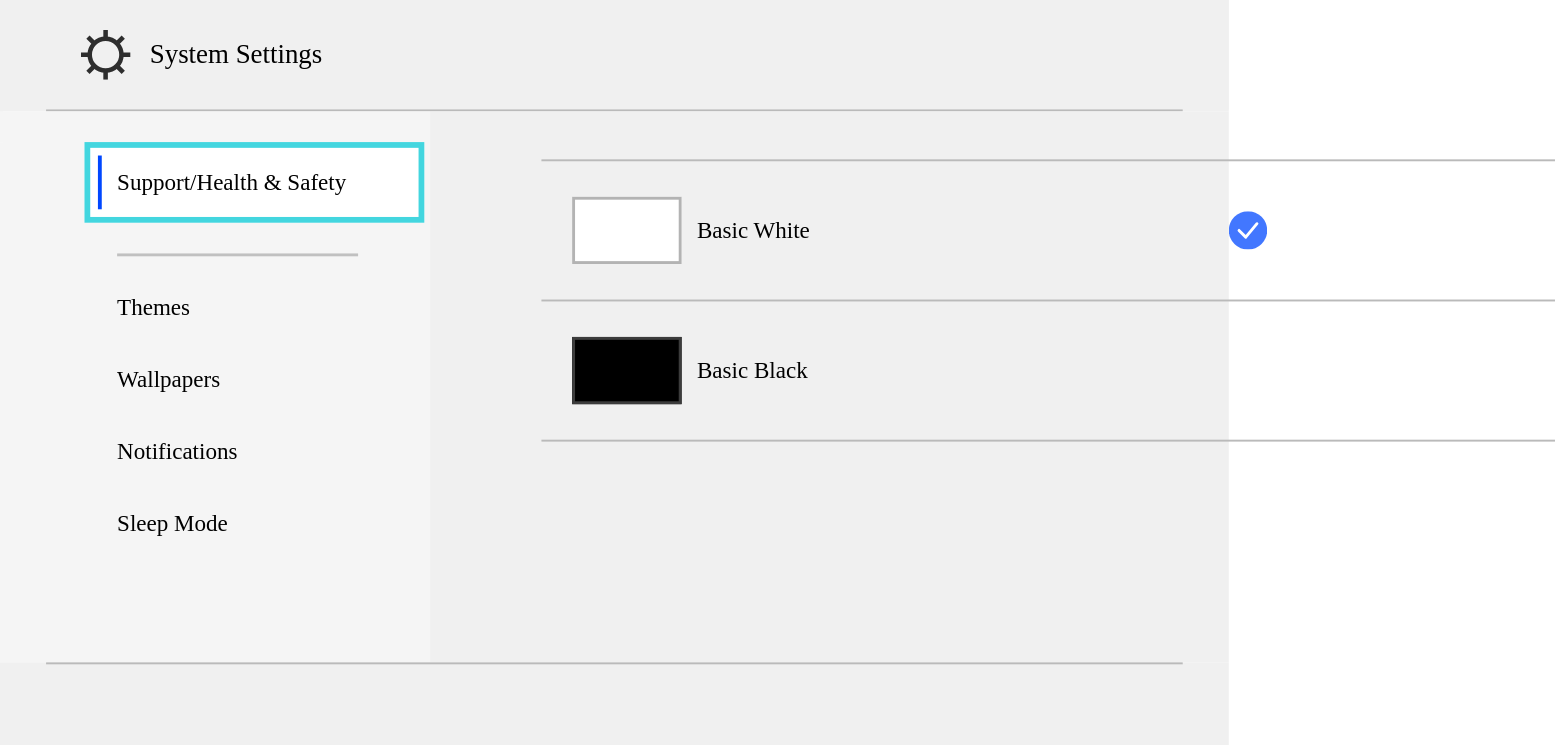
Repository: danielj1415/nintendoSwitchUI2
Page: /settings
An editor plug-in stored every save of this project. The page is shown before and after a run of saves, followed by the edit.
The browser window is 1280 px wide. The page is 1620 px wide, so the pictures cover 1620 px, including what lies to the right of the window. The pictures show the whole page, at 96% of full size.
The project was rebuilt for these pictures with package versions that can differ from the ones it lists, and the page was loaded fresh each time. Also part of the build but not shown: vite.config.js, src/ScreenHome.jsx.

Above is the page before, as saved 2024-09-30 10:02:44.

After the next 2 saves:
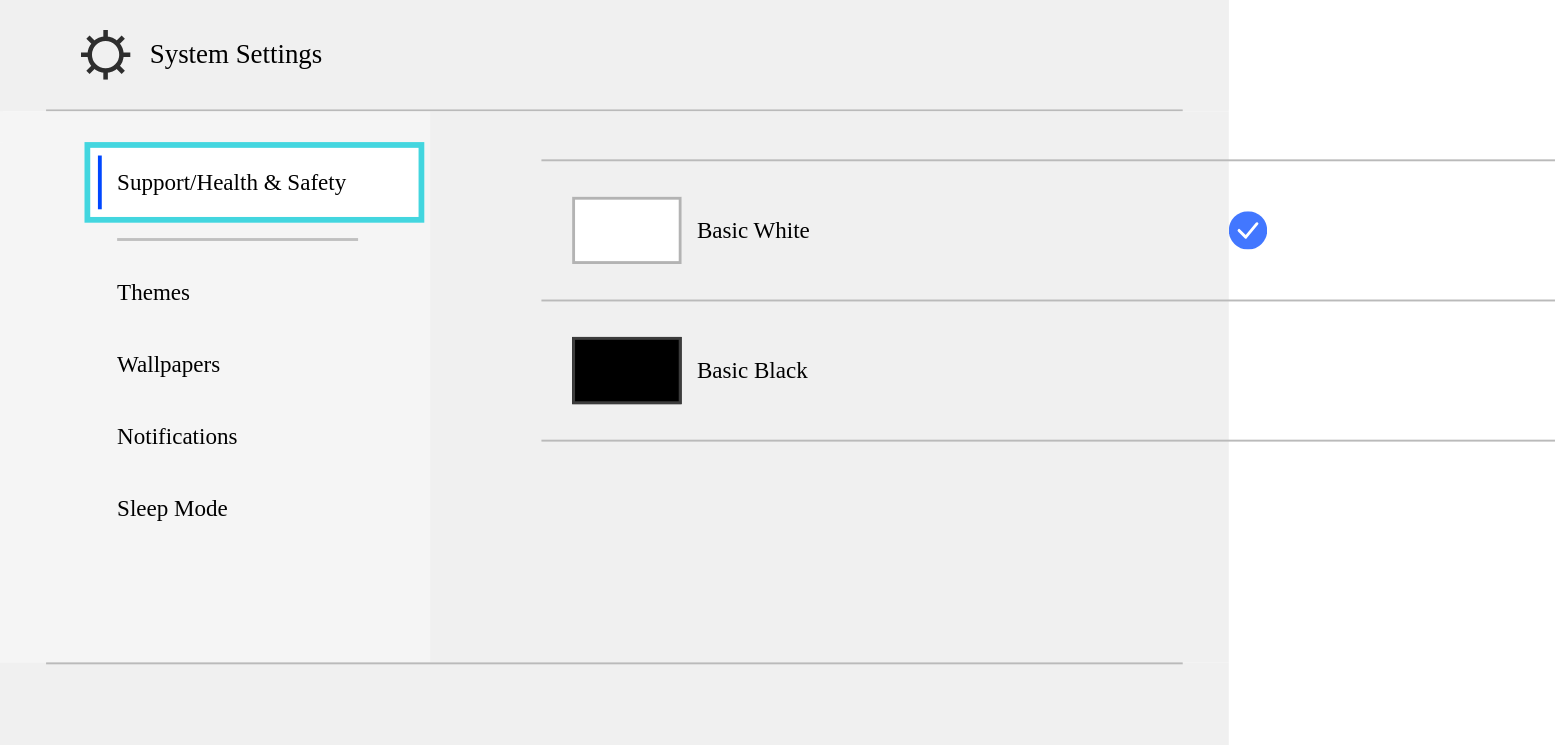
The 2 saves are shown as one change because they came seconds apart.
The last was saved 7 s later.
--- a/src/ScreenSettings.css
+++ b/src/ScreenSettings.css
@@ -285,7 +285,7 @@
             height: 3px;   /* Set the height of the square */
             background-color: #C0C0C0; /* You can change the color of the square */
             margin-left: 122px;
-            margin-top: 32px;
+            margin-top: 16px;
             margin-bottom: 16px;
         }
         .marginTop64{
